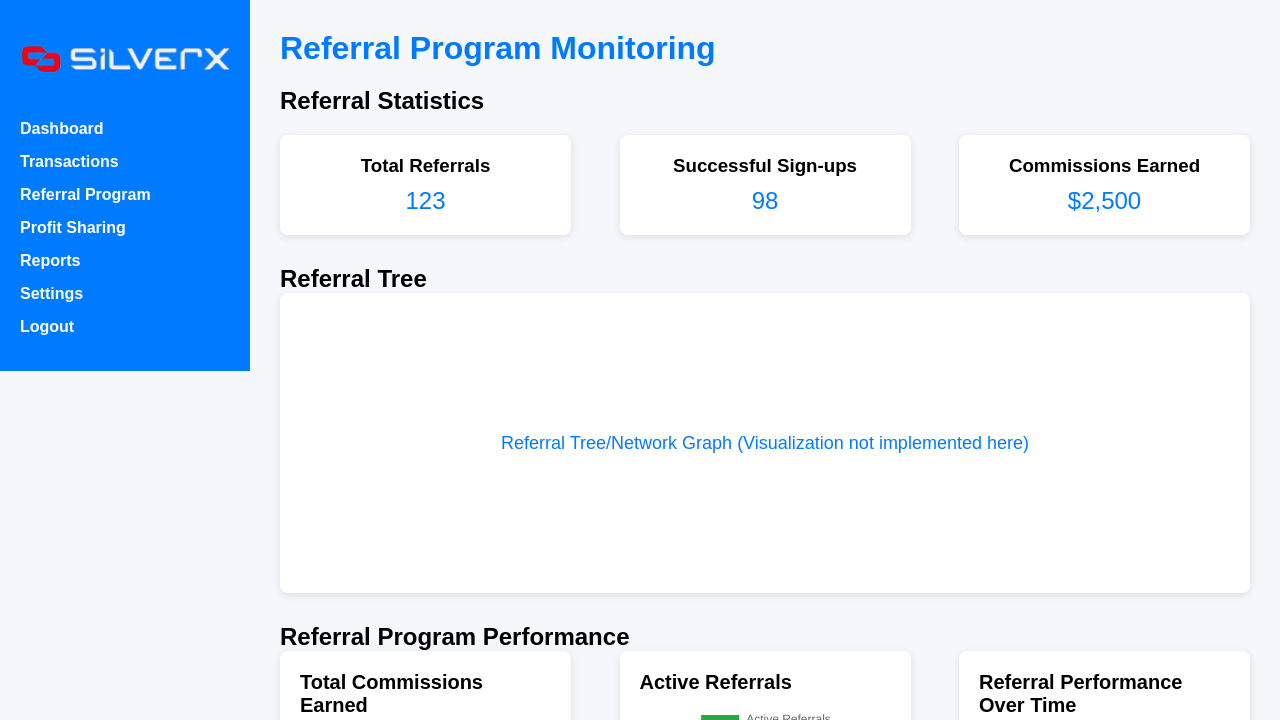
Repository: 2025silverx/slivedrX
Page: indesx3.html
The author's editor kept a copy of each file at every save. The page is drawn from the files as they stood at one save, then again after the next save.
The browser window is 1280 px wide. The pictures show the whole page.
An inner scrolling area shows only its first screen.

Above is the page before, as saved 2025-01-05 00:56:08.

After the next save:
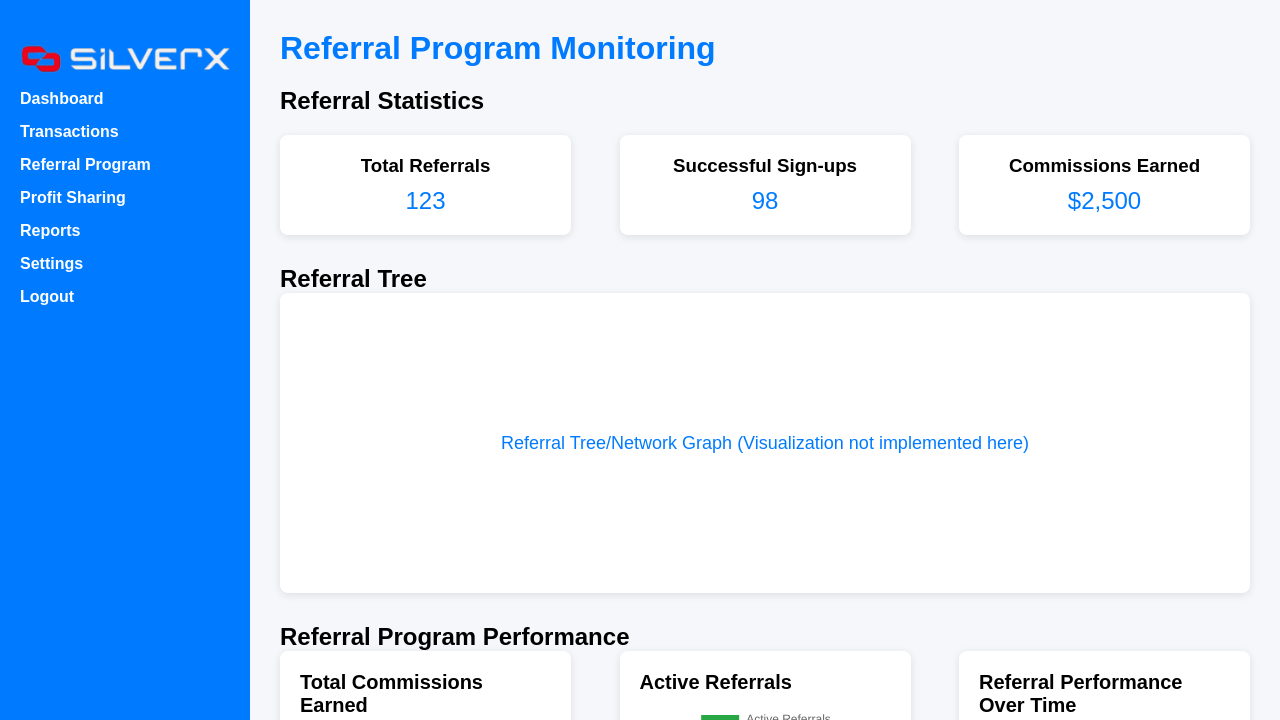
Saved 20 s later.
--- a/style3.css
+++ b/style3.css
@@ -23,16 +23,20 @@ body {
     flex-direction: column;
     position: sticky;
     top: 0;
+    height: 100vh;
+    /* Remove any margin or padding at the side */
+    margin-right: 0;
 }
 
+/* Sidebar heading */
 .sidebar h2 {
     margin-bottom: 20px;
     text-align: center;
 }
 
+/* Sidebar links */
 .sidebar-links {
     list-style: none;
-    margin-top: 30px;
 }
 
 .sidebar-links li {
